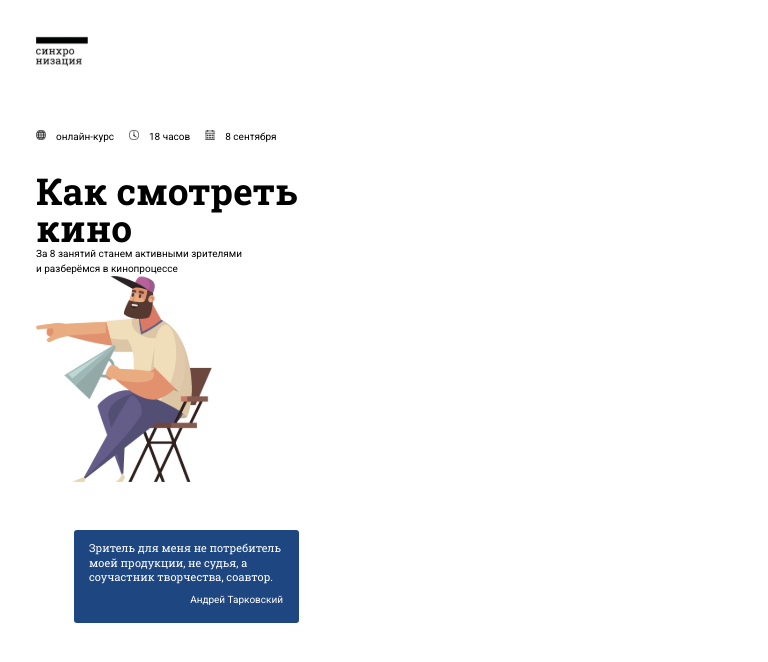
Repository: HeybetzadeQedim/task-2
Page: index.html
The author's editor kept a copy of each file at every save. The page is drawn from the files as they stood at one save, then again after the next save.
The browser window is 768 px wide. The pictures show the whole page.

Above is the page before, as saved 2023-10-04 16:13:10.

After the next save:
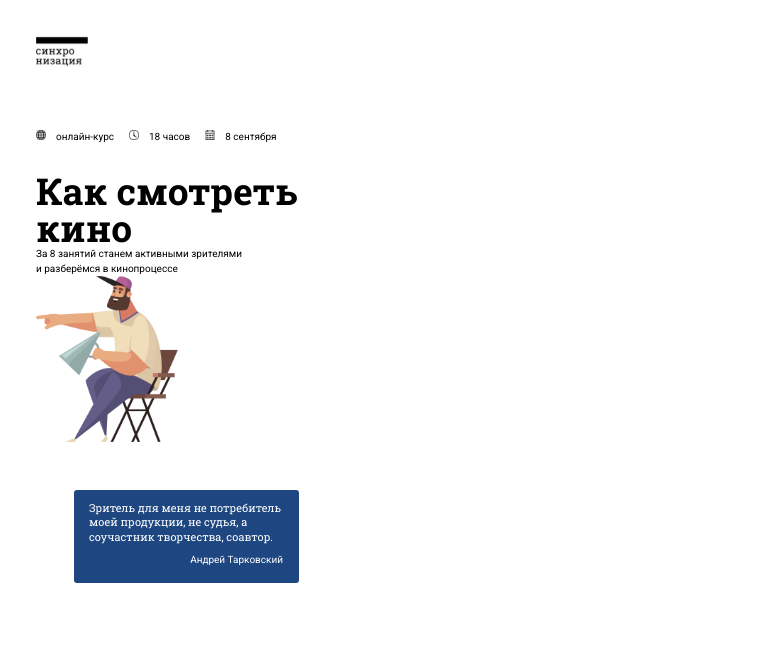
Saved 12 s later.
--- a/index.css
+++ b/index.css
@@ -216,6 +216,7 @@ height: 206.183px;
     font-size: 10px;
   }
   .flex-container img{
-
-  }
-}
+    width: 141.656px;
+height: 165.886px;
+  }
+}
